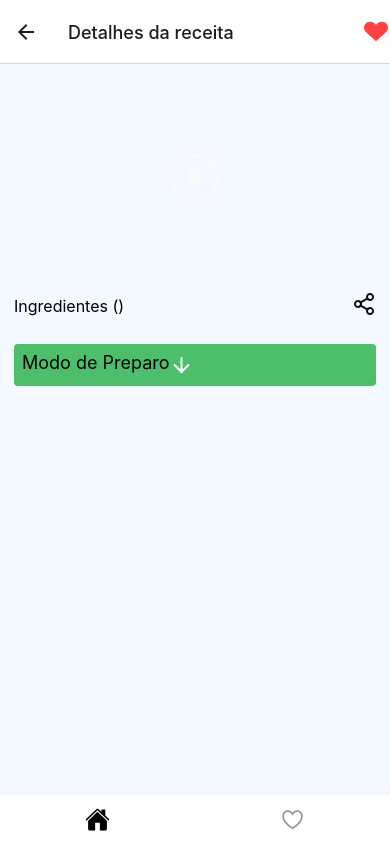
Repository: pheonix5/Receitas
Screen: /Detail
These files come from the project's save history. The screen is drawn as it stood at one moment and after the next save; the edit follows.
The page's requests for data from a server got no answer. The app was drawn by React Native's web renderer in a window 390 px wide. The project was rebuilt for these pictures with package versions that can differ from the ones it lists, and the page was loaded fresh each time. No one was signed in, and anything a server would have sent is missing. Also part of the build but not shown: src/components/foodlist/index.js, src/components/ingredients/index.js, src/components/instructions/index.js, src/pages/search/index.js, src/pages/favorites/index.js.

Above is the screen before, as saved 2023-04-08 20:29:31.

After the next save:
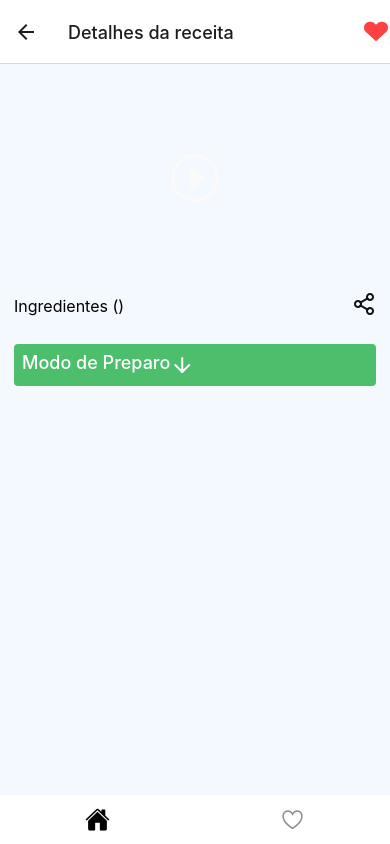
Saved 14 s later.
--- a/src/pages/detail/index.js
+++ b/src/pages/detail/index.js
@@ -112,6 +112,7 @@ const styles = StyleSheet.create({
     },
     instructionsText:{
       fontSize: 18,
-
+      fontWeight: 500,
+      color: "#FFF"
     }
 })
